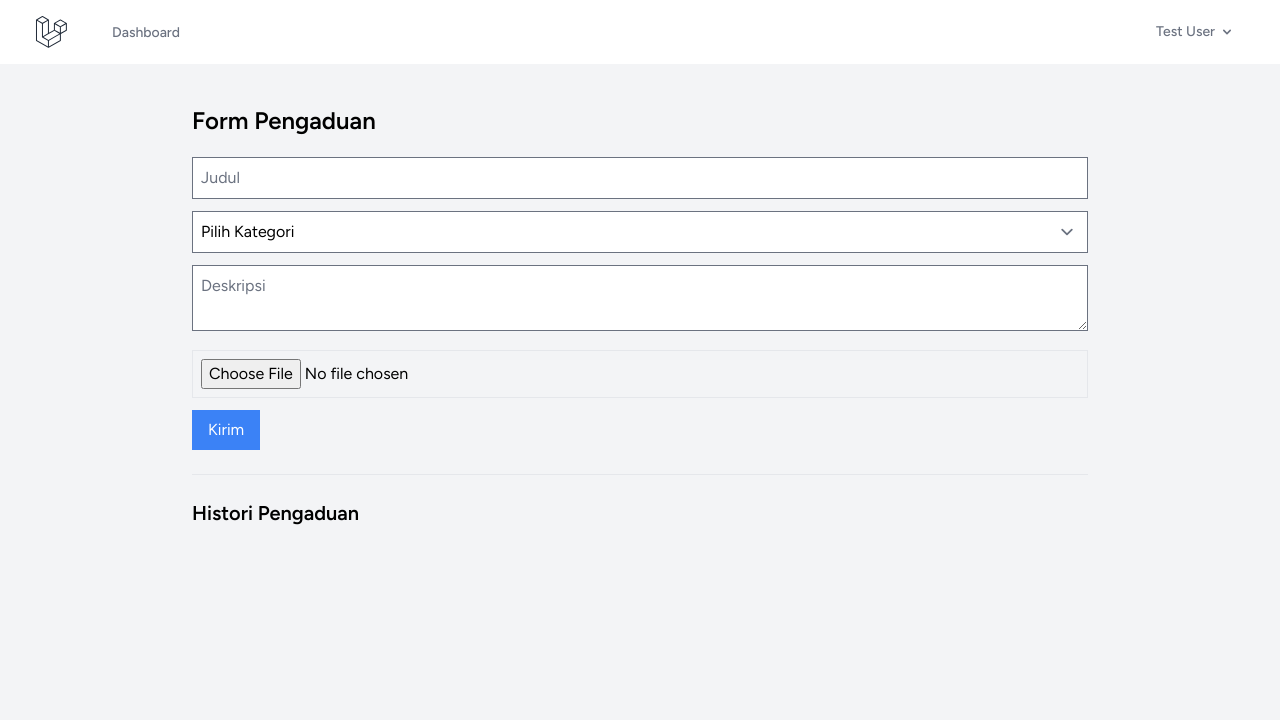
Repository: ikhwan1227/sistem-pengaduan-sekolah
Page: http://localhost/complaint
These files come from the project's save history. The page is drawn as it stood at one moment and after the next save; the edit follows.
The browser window is 1280 px wide. The pictures show the whole page.
The page is served by the project's Laravel application, run on PHP 8.4 with Laravel 12. A made-up administrator, Test User (test@example.com), is signed in. Other server files are loaded and not shown. Style sheets and scripts are compiled from the project's sources, by tool versions that may differ from the author's. Queries for data that is not in the repository find no rows.

Above is the page before, as saved 2026-04-09 16:17:16.

### routes/web.php
<?php

use App\Http\Controllers\ProfileController;
use Illuminate\Support\Facades\Route;
use App\Http\Controllers\ComplaintController;
use App\Http\Controllers\AdminController;
use App\Http\Controllers\FeedbackController;

Route::get('/', function () {
    return view('welcome');
});

Route::get('/dashboard', function () {
    if(auth()->user()->role == 'admin'){
        return redirect('/admin');
    }
    return redirect('/complaint');
})->middleware(['auth'])->name('dashboard');

Route::middleware('auth')->group(function () {

    Route::get('/profile', [ProfileController::class, 'edit'])->name('profile.edit');
    Route::patch('/profile', [ProfileController::class, 'update'])->name('profile.update');
    Route::delete('/profile', [ProfileController::class, 'destroy'])->name('profile.destroy');

    Route::get('/complaint', [ComplaintController::class, 'index']);
    Route::post('/complaint', [ComplaintController::class, 'store']);

    Route::get('/admin', [AdminController::class, 'index']);
    Route::post('/admin/status/{id}', [AdminController::class, 'updateStatus']);
    Route::post('/admin/feedback/{id}', [AdminController::class, 'feedback']);
    Route::delete('/admin/delete/{id}', [AdminController::class, 'destroy']);
});

require __DIR__.'/auth.php';

### app/Models/User.php
<?php

namespace App\Models;

// use Illuminate\Contracts\Auth\MustVerifyEmail;
use Database\Factories\UserFactory;
use Illuminate\Database\Eloquent\Attributes\Fillable;
use Illuminate\Database\Eloquent\Attributes\Hidden;
use Illuminate\Database\Eloquent\Factories\HasFactory;
use Illuminate\Foundation\Auth\User as Authenticatable;
use Illuminate\Notifications\Notifiable;

#[Fillable(['name', 'email', 'password', 'role'])]
#[Hidden(['password', 'remember_token'])]
class User extends Authenticatable
{
    /** @use HasFactory<UserFactory> */
    use HasFactory, Notifiable;

    /**
     * Get the attributes that should be cast.
     *
     * @return array<string, string>
     */
    protected function casts(): array
    {
        return [
            'email_verified_at' => 'datetime',
            'password' => 'hashed',
        ];
    }

     public function isAdmin()
    {
        return $this->role === 'admin';
    }

    public function isSiswa()
    {
        return $this->role === 'siswa';
    }
}

### app/Http/Controllers/ComplaintController.php
<?php

namespace App\Http\Controllers;

use App\Models\Complaint;
use App\Models\Category;
use Illuminate\Http\Request;

class ComplaintController extends Controller
{
    //Method tampil form
    public function index()
    {
        $categories = Category::all();
        $complaints = Complaint::where('user_id', auth()->id())->get();

        return view('complaint.index', compact('categories','complaints'));
    }

    //methode simpan data
    public function store(Request $request)
    {
        $request->validate([
            'category_id' => 'required|exists:categories,id',
            'judul' => 'required|string|max:255',
            'deskripsi' => 'required|string|min:10',
            'image' => 'nullable|image|mimes:jpeg,png,jpg,gif|max:2048',
        ], [
            'category_id.required' => 'Kategori wajib dipilih',
            'category_id.exists' => 'Kategori tidak valid',
            'judul.required' => 'Judul wajib diisi',
            'judul.max' => 'Judul maksimal 255 karakter',
            'deskripsi.required' => 'Deskripsi wajib diisi',
            'deskripsi.min' => 'Deskripsi minimal 10 karakter',
            'image.image' => 'File harus berupa gambar',
            'image.mimes' => 'Format gambar harus jpeg, png, jpg, atau gif',
            'image.max' => 'Ukuran gambar maksimal 2MB',
        ]);

        $imagePath = null;
        if ($request->hasFile('image')) {
            $imagePath = $request->file('image')->store('complaints', 'public');
        }

        Complaint::create([
            'user_id' => auth()->id(),
            'category_id' => $request->category_id,
            'judul' => $request->judul,
            'deskripsi' => $request->deskripsi,
            'image' => $imagePath,
            'status' => 'pending',
            'tanggal' => now()
        ]);

        return back()->with('success', 'Pengaduan berhasil dikirim');
    }
}

### app/Models/Category.php
<?php

namespace App\Models;

use Illuminate\Database\Eloquent\Model;

class Category extends Model
{
    protected $fillable = [
        'nama_kategori'
    ];
}

### app/Models/Complaint.php
<?php

namespace App\Models;

use Illuminate\Database\Eloquent\Model;

class Complaint extends Model
{
    protected $fillable = [
        'user_id',
        'category_id',
        'judul',
        'deskripsi',
        'image',
        'status',
        'tanggal'
    ];

    public function user()
    {
        return $this->belongsTo(User::class);
    }

    public function category()
    {
        return $this->belongsTo(Category::class);
    }

    public function feedbacks()
    {
        return $this->hasMany(Feedback::class);
    }
}

### resources/views/complaint/index.blade.php
<x-app-layout>
<div class="max-w-4xl mx-auto mt-10">

    <h1 class="text-2xl font-bold mb-5">Form Pengaduan</h1>

    @if(session('success'))
        <div class="bg-green-200 p-3 mb-4">
            {{ session('success') }}
        </div>
    @endif

    @if($errors->any())
        <div class="bg-red-100 border border-red-400 text-red-700 px-4 py-3 rounded mb-4">
            <ul class="list-disc list-inside">
                @foreach($errors->all() as $error)
                    <li>{{ $error }}</li>
                @endforeach
            </ul>
        </div>
    @endif

    <form method="POST" action="/complaint" enctype="multipart/form-data">  <!-- Tambahkan enctype -->
        @csrf

        <input type="text" name="judul" placeholder="Judul" class="w-full border p-2 mb-3" required>

        <select name="category_id" class="w-full border p-2 mb-3" required>
            <option value="">Pilih Kategori</option>
            @foreach($categories as $c)
                <option value="{{ $c->id }}">{{ $c->nama_kategori }}</option>
            @endforeach
        </select>

        <textarea name="deskripsi" placeholder="Deskripsi" class="w-full border p-2 mb-3" required></textarea>

        <!-- INPUT FILE gambar -->
        <input type="file" name="image" accept="image/*" class="w-full border p-2 mb-3">

        <button class="bg-blue-500 text-white px-4 py-2">Kirim</button>
    </form>

    <hr class="my-6">

    <h2 class="text-xl font-bold">Histori Pengaduan</h2>

    @foreach($complaints as $c)
        <div class="border p-3 mt-3">
            <h3 class="font-bold">{{ $c->judul }}</h3>

            <!-- UNTUK MENAMPILKAN GAMBAR -->
            @if($c->image)
                <img src="{{ asset('storage/' . $c->image) }}" class="mt-2 max-w-xs rounded">
            @endif

            <p>Kategori: {{ $c->category->nama_kategori }}</p>
            <p>{{ $c->deskripsi }}</p>
            <p>Status: <b>{{ $c->status }}</b></p>

            @foreach($c->feedbacks as $f)
                <p class="text-green-600 mt-1">
                    Balasan Admin: {{ $f->pesan }}
                </p>
            @endforeach
        </div>
    @endforeach

</div>
</x-app-layout>

Loaded but not shown: routes/auth.php (common file); app/Http/Controllers/Auth/EmailVerificationPromptController.php (common file); app/Http/Controllers/Controller.php (common file); app/Http/Controllers/Auth/VerifyEmailController.php (common file); app/View/Components/AppLayout.php (common file); resources/views/layouts/app.blade.php (common file); resources/views/layouts/navigation.blade.php (common file); resources/views/components/application-logo.blade.php (common file); resources/views/components/nav-link.blade.php (common file); resources/views/components/dropdown-link.blade.php (common file); resources/views/components/dropdown.blade.php (common file); resources/views/components/responsive-nav-link.blade.php (common file); resources/css/app.css (common file); tailwind.config.js (common file); resources/js/app.js (common file); resources/js/bootstrap.js (common file)

After the next save:
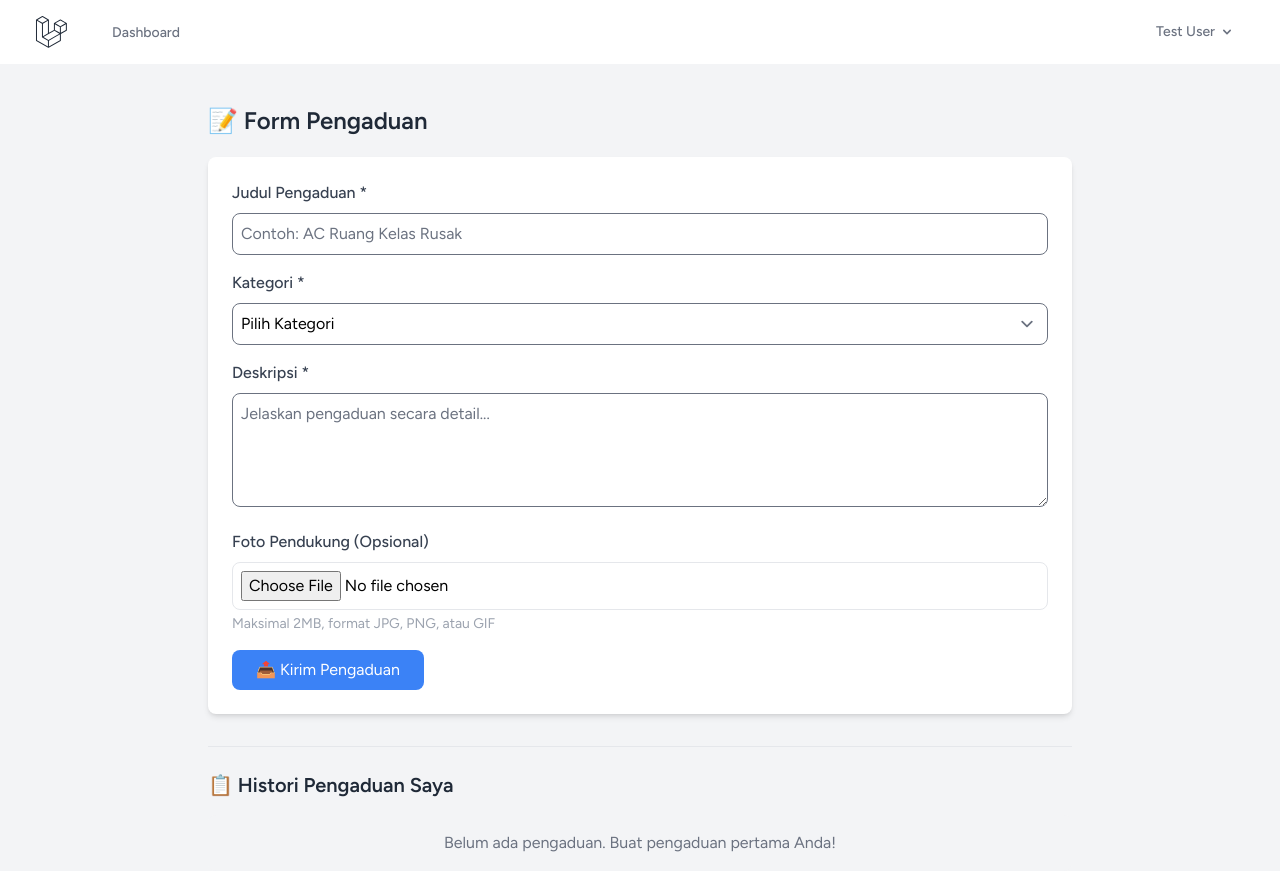
Saved 29 s later.
--- a/resources/views/complaint/index.blade.php
+++ b/resources/views/complaint/index.blade.php
@@ -1,68 +1,134 @@
 <x-app-layout>
-<div class="max-w-4xl mx-auto mt-10">
+<div class="max-w-4xl mx-auto mt-10 px-4">
 
-    <h1 class="text-2xl font-bold mb-5">Form Pengaduan</h1>
+    <h1 class="text-2xl font-bold mb-5 text-gray-800">📝 Form Pengaduan</h1>
 
     @if(session('success'))
-        <div class="bg-green-200 p-3 mb-4">
-            {{ session('success') }}
+        <div id="alert-success" class="bg-green-100 border-l-4 border-green-500 text-green-700 p-4 mb-4 rounded shadow">
+            <div class="flex items-center justify-between">
+                <span>✅ {{ session('success') }}</span>
+                <button onclick="document.getElementById('alert-success').style.display='none'" class="text-green-700">&times;</button>
+            </div>
         </div>
     @endif
 
     @if($errors->any())
-        <div class="bg-red-100 border border-red-400 text-red-700 px-4 py-3 rounded mb-4">
+        <div class="bg-red-100 border-l-4 border-red-500 text-red-700 p-4 mb-4 rounded shadow">
             <ul class="list-disc list-inside">
                 @foreach($errors->all() as $error)
-                    <li>{{ $error }}</li>
+                    <li>❌ {{ $error }}</li>
                 @endforeach
             </ul>
         </div>
     @endif
 
-    <form method="POST" action="/complaint" enctype="multipart/form-data">  <!-- Tambahkan enctype -->
-        @csrf
+    <!-- FORM CARD -->
+    <div class="bg-white rounded-lg shadow-md p-6 mb-8">
+        <form method="POST" action="/complaint" enctype="multipart/form-data">
+            @csrf
 
-        <input type="text" name="judul" placeholder="Judul" class="w-full border p-2 mb-3" required>
+            <div class="mb-4">
+                <label class="block text-gray-700 font-medium mb-2">Judul Pengaduan *</label>
+                <input type="text" name="judul" placeholder="Contoh: AC Ruang Kelas Rusak"
+                    class="w-full border rounded-lg p-2 @error('judul') border-red-500 @enderror"
+                    value="{{ old('judul') }}" required>
+                @error('judul')
+                    <p class="text-red-500 text-sm mt-1">{{ $message }}</p>
+                @enderror
+            </div>
 
-        <select name="category_id" class="w-full border p-2 mb-3" required>
-            <option value="">Pilih Kategori</option>
-            @foreach($categories as $c)
-                <option value="{{ $c->id }}">{{ $c->nama_kategori }}</option>
-            @endforeach
-        </select>
+            <div class="mb-4">
+                <label class="block text-gray-700 font-medium mb-2">Kategori *</label>
+                <select name="category_id" class="w-full border rounded-lg p-2 @error('category_id') border-red-500 @enderror" required>
+                    <option value="">Pilih Kategori</option>
+                    @foreach($categories as $c)
+                        <option value="{{ $c->id }}" {{ old('category_id') == $c->id ? 'selected' : '' }}>
+                            {{ $c->nama_kategori }}
+                        </option>
+                    @endforeach
+                </select>
+                @error('category_id')
+                    <p class="text-red-500 text-sm mt-1">{{ $message }}</p>
+                @enderror
+            </div>
 
-        <textarea name="deskripsi" placeholder="Deskripsi" class="w-full border p-2 mb-3" required></textarea>
+            <div class="mb-4">
+                <label class="block text-gray-700 font-medium mb-2">Deskripsi *</label>
+                <textarea name="deskripsi" placeholder="Jelaskan pengaduan secara detail..."
+                    class="w-full border rounded-lg p-2 @error('deskripsi') border-red-500 @enderror"
+                    rows="4" required>{{ old('deskripsi') }}</textarea>
+                @error('deskripsi')
+                    <p class="text-red-500 text-sm mt-1">{{ $message }}</p>
+                @enderror
+            </div>
 
-        <!-- INPUT FILE gambar -->
-        <input type="file" name="image" accept="image/*" class="w-full border p-2 mb-3">
+            <div class="mb-4">
+                <label class="block text-gray-700 font-medium mb-2">Foto Pendukung (Opsional)</label>
+                <input type="file" name="image" accept="image/*"
+                    class="w-full border rounded-lg p-2 @error('image') border-red-500 @enderror">
+                <p class="text-gray-400 text-sm mt-1">Maksimal 2MB, format JPG, PNG, atau GIF</p>
+                @error('image')
+                    <p class="text-red-500 text-sm mt-1">{{ $message }}</p>
+                @enderror
+            </div>
 
-        <button class="bg-blue-500 text-white px-4 py-2">Kirim</button>
-    </form>
+            <button class="bg-blue-500 text-white px-6 py-2 rounded-lg hover:bg-blue-600 transition">
+                📤 Kirim Pengaduan
+            </button>
+        </form>
+    </div>
 
     <hr class="my-6">
 
-    <h2 class="text-xl font-bold">Histori Pengaduan</h2>
+    <h2 class="text-xl font-bold text-gray-800 mb-4">📋 Histori Pengaduan Saya</h2>
 
-    @foreach($complaints as $c)
-        <div class="border p-3 mt-3">
-            <h3 class="font-bold">{{ $c->judul }}</h3>
+    @forelse($complaints as $c)
+        <div class="bg-white rounded-lg shadow-md p-4 mb-4">
+            <div class="flex justify-between items-start">
+                <h3 class="font-bold text-lg text-gray-800">{{ $c->judul }}</h3>
+                <span class="px-2 py-1 rounded-full text-white text-xs font-semibold
+                    @if($c->status == 'pending') bg-yellow-500
+                    @elseif($c->status == 'diproses') bg-blue-500
+                    @else bg-green-500
+                    @endif
+                ">
+                    {{ ucfirst($c->status) }}
+                </span>
+            </div>
 
-            <!-- UNTUK MENAMPILKAN GAMBAR -->
+            <p class="text-gray-500 text-sm mt-1">Kategori: {{ $c->category->nama_kategori }}</p>
+            <p class="text-gray-600 mt-2">{{ $c->deskripsi }}</p>
+
             @if($c->image)
-                <img src="{{ asset('storage/' . $c->image) }}" class="mt-2 max-w-xs rounded">
+                <img src="{{ asset('storage/' . $c->image) }}" class="mt-2 max-w-xs rounded shadow">
             @endif
 
-            <p>Kategori: {{ $c->category->nama_kategori }}</p>
-            <p>{{ $c->deskripsi }}</p>
-            <p>Status: <b>{{ $c->status }}</b></p>
-
-            @foreach($c->feedbacks as $f)
-                <p class="text-green-600 mt-1">
-                    Balasan Admin: {{ $f->pesan }}
-                </p>
-            @endforeach
+            @if($c->feedbacks->count() > 0)
+                <div class="mt-3 bg-green-50 rounded p-3">
+                    <p class="font-semibold text-sm text-green-700">💬 Balasan Admin:</p>
+                    @foreach($c->feedbacks as $f)
+                        <p class="text-green-600 text-sm mt-1">• {{ $f->pesan }}</p>
+                    @endforeach
+                </div>
+            @endif
         </div>
-    @endforeach
+    @empty
+        <div class="bg-gray-100 rounded-lg p-4 text-center text-gray-500">
+            Belum ada pengaduan. Buat pengaduan pertama Anda!
+        </div>
+    @endforelse
 
 </div>
+
+<script>
+    setTimeout(function() {
+        let alert = document.getElementById('alert-success');
+        if(alert) {
+            alert.style.transition = 'opacity 0.5s';
+            alert.style.opacity = '0';
+            setTimeout(() => alert.style.display = 'none', 500);
+        }
+    }, 3000);
+</script>
+
 </x-app-layout>
